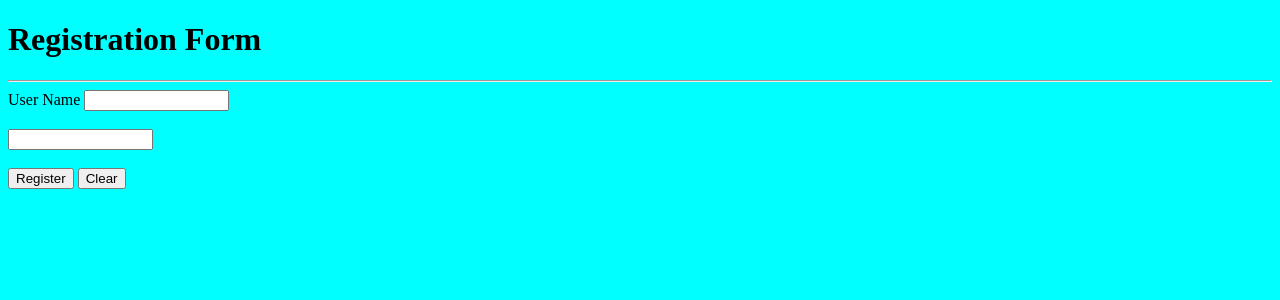
Repository: kevankay/Day10
Page: LoginApp/WebContent/Registration.html
These files come from the project's save history. The page is drawn as it stood at one moment and after the next save; the edit follows.
The browser window is 1280 px wide. The pictures show the whole page.

Above is the page before, as saved 2018-09-05 12:17:41.

### LoginApp/WebContent/Registration.html
<!DOCTYPE html>
<html>
<head>
<meta charset="ISO-8859-1">
<title>Insert title here</title>
</head>
<body bgcolor="cyan">
<h1> Registration Form</h1>
<hr>
<form action="register" method="post">

  <label>User Name</label>
  <input type="text" name="username" size="15"/>
  <br><br>
  <label></label>
  <input type="password" name="password" size="15"/>
  <br><br>

  <input type="submit" value="Register"/>
  <input type="reset" value="Clear"/>
  <br><br>


</form>

</body>
</html>

After the next save:
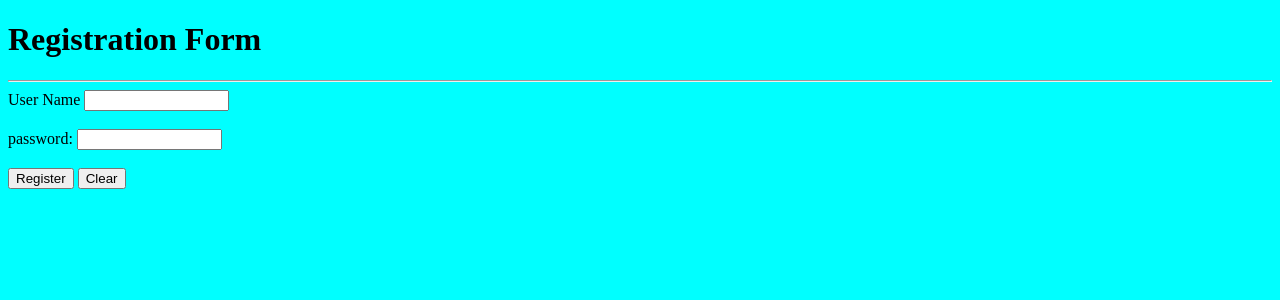
Saved 7 min 57 s later.
--- a/LoginApp/WebContent/Registration.html
+++ b/LoginApp/WebContent/Registration.html
@@ -12,7 +12,7 @@
   <label>User Name</label>
   <input type="text" name="username" size="15"/>
   <br><br>
-  <label></label>
+  <label>password: </label>
   <input type="password" name="password" size="15"/>
   <br><br>
 
